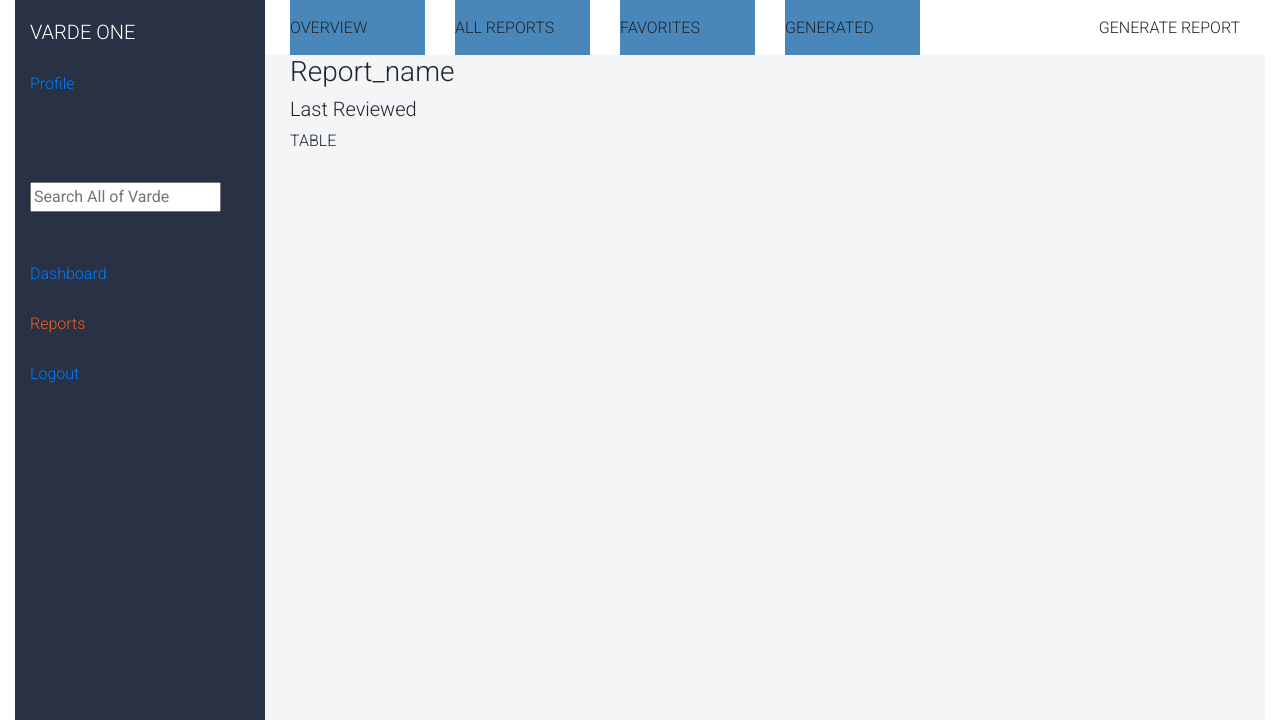
Repository: slavishtipkov/cra-redux
Page: /reports
These files come from the project's save history. The page is drawn as it stood at one moment and after the next save; the edit follows.
The browser window is 1280 px wide. The pictures show the whole page.
The project was rebuilt for these pictures with package versions that can differ from the ones it lists, and the page was loaded fresh each time.

Above is the page before, as saved 2019-07-09 14:04:16.

### src/index.js
import React from "react";
import ReactDOM from "react-dom";
import { BrowserRouter as Router } from "react-router-dom";

import * as serviceWorker from "./serviceWorker";

import "@fortawesome/fontawesome-free/css/all.min.css";
import "bootstrap-css-only/css/bootstrap.min.css";
import "mdbreact/dist/css/mdb.css";

import App from "./Components/App";

import "./index.css";

ReactDOM.render(
  <Router>
    <App />
  </Router>,
  document.getElementById("root")
);

// If you want your app to work offline and load faster, you can change
// unregister() to register() below. Note this comes with some pitfalls.
// Learn more about service workers: https://bit.ly/CRA-PWA
serviceWorker.unregister();

### src/index.css
@import-normalize;

#root {
  max-width: 1360px;
  min-width: 960px;
  margin: 0 auto;
}

### src/Components/App/App.js
import React, { Suspense, lazy } from "react";
import { Route, Switch } from "react-router-dom";

import SideBar from "../Common/SideBar";

import "./App.scss";

const Login = lazy(() => import("../../Containers/Login"));
const Profile = lazy(() => import("../../Containers/Profile"));
const Dashboard = lazy(() => import("../../Containers/Dashboard"));
const Reports = lazy(() => import("../../Containers/Reports"));
const NotFound = lazy(() => import("../Common/NotFound"));

const App = ({ childProps }) => {
  return (
    <div className="container-fluid">
      <SideBar />
      <Suspense fallback={<div>Loading...</div>}>
        <Switch>
          <Route path="/" exact component={Login} props={childProps} />
          <Route path="/profile" exact component={Profile} props={childProps} />
          <Route
            path="/dashboard"
            exact
            component={Dashboard}
            props={childProps}
          />
          <Route path="/reports" exact component={Reports} props={childProps} />
          <Route component={NotFound} />
        </Switch>
      </Suspense>
    </div>
  );
};

export default App;

### src/Components/App/App.scss
.container-fluid {
  width: 100%;
  height: 100vh;

  display: flex;
  align-items: stretch;

  .side-bar {
    width: 20%;
  }

  .page {
    width: 80%;
    background-color: #f3f5f7;

    .page-header {
      .page-header-nav {
        background-color: #ffffff;
        height: 55px;
        line-height: 55px;
        display: flex;
        justify-content: space-between;
        ul {
          display: flex;
          margin: 0;
          padding: 0;

          padding-left: 25px;

          li {
            display: block;
            margin-right: 30px;
            width: 135px;
            background-color: #4986ba;
          }
        }

        .generate-button {
          margin-right: 25px;
          height: 30px;
        }
      }
      .page-header-content {
        padding-left: 25px;
      }
    }

    .page-content {
      padding-left: 25px;
    }
  }
}

### src/Containers/Reports/index.js
import Reports from "./Reports";

export default Reports;

### src/Components/Common/SideBar/SideBar.js
import React from "react";
import { NavLink } from "react-router-dom";

import "./sideBar.scss";
import { MDBContainer, MDBRow, MDBCol } from "mdbreact";
const SideBar = () => {
  const activeStyle = { color: "#F15B2A" };

  return (
    <nav className="side-bar">
      <h5 className="heading">VARDE ONE</h5>
      <div className="profile-section">
        <NavLink to="/profile" activeStyle={activeStyle}>
          Profile
        </NavLink>
      </div>
      <div className="search-bar">
        <input type="text" placeholder="Search All of Varde" />
      </div>
      <div className="main-links">
        <NavLink to="/dashboard" activeStyle={activeStyle}>
          Dashboard
        </NavLink>
        <NavLink to="/reports" activeStyle={activeStyle} exact>
          Reports
        </NavLink>
      </div>
      <NavLink to="/logout" activeStyle={activeStyle}>
        Logout
      </NavLink>
    </nav>
  );
};

export default SideBar;

### src/Containers/Reports/Reports.js
import React from "react";

const Reports = () => (
  <div className="reports-page page">
    <div className="reports-page-header page-header">
      <div className="page-header-nav">
        <ul>
          <li>OVERVIEW</li>
          <li>ALL REPORTS</li>
          <li>FAVORITES</li>
          <li>GENERATED</li>
        </ul>
        <div className="generate-button">GENERATE REPORT</div>
      </div>
      <div className="page-header-content">
        <h3>Report_name</h3>
      </div>
    </div>
    <div className="page-content">
      <h5>Last Reviewed</h5>
      <div className="table">TABLE</div>
    </div>
  </div>
);

export default Reports;

### src/Components/Common/SideBar/sideBar.scss
.side-bar {
  display: flex;
  flex-direction: column;

  padding-left: 15px;
  padding-right: 15px;
  background-color: #293244;

  .heading {
    padding-top: 20px;
    padding-bottom: 20px;
    color: white;
  }

  .profile-section {
    height: 90px;
    margin-bottom: 20px;
  }

  .serach-bar {
    padding-top: 20px;
    margin-bottom: 50px;

    input {
      display: inline;
    }
  }

  .main-links {
    display: flex;
    flex-direction: column;
    margin-top: 50px;

    a {
      height: 50px;
      text-decoration: none;
    }
  }
}

Loaded but not shown: public/index.html (common file); src/serviceWorker.js (common file); src/Components/App/index.js (common file); src/Components/Common/SideBar/index.js (common file)

After the next save:
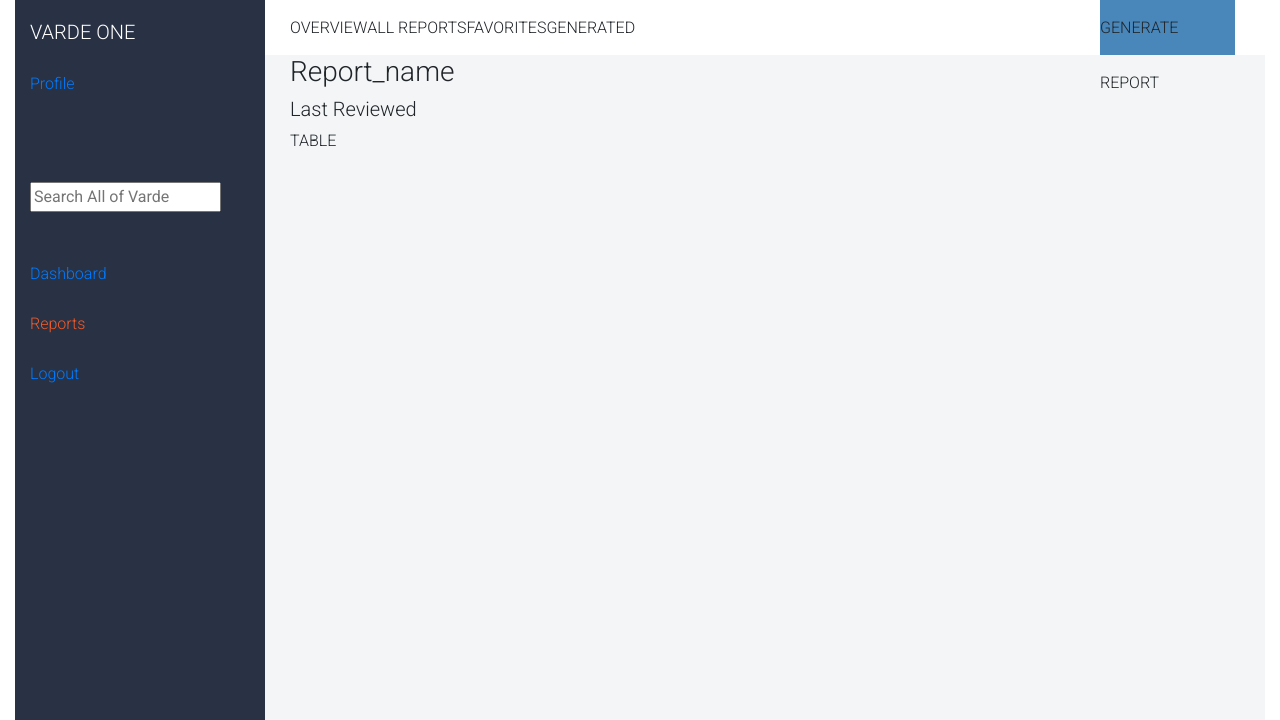
Saved 18 s later.
--- a/src/Components/App/App.scss
+++ b/src/Components/App/App.scss
@@ -29,15 +29,14 @@
 
           li {
             display: block;
-            margin-right: 30px;
-            width: 135px;
-            background-color: #4986ba;
           }
         }
 
         .generate-button {
           margin-right: 25px;
-          height: 30px;
+          margin-right: 30px;
+          width: 135px;
+          background-color: #4986ba;
         }
       }
       .page-header-content {
